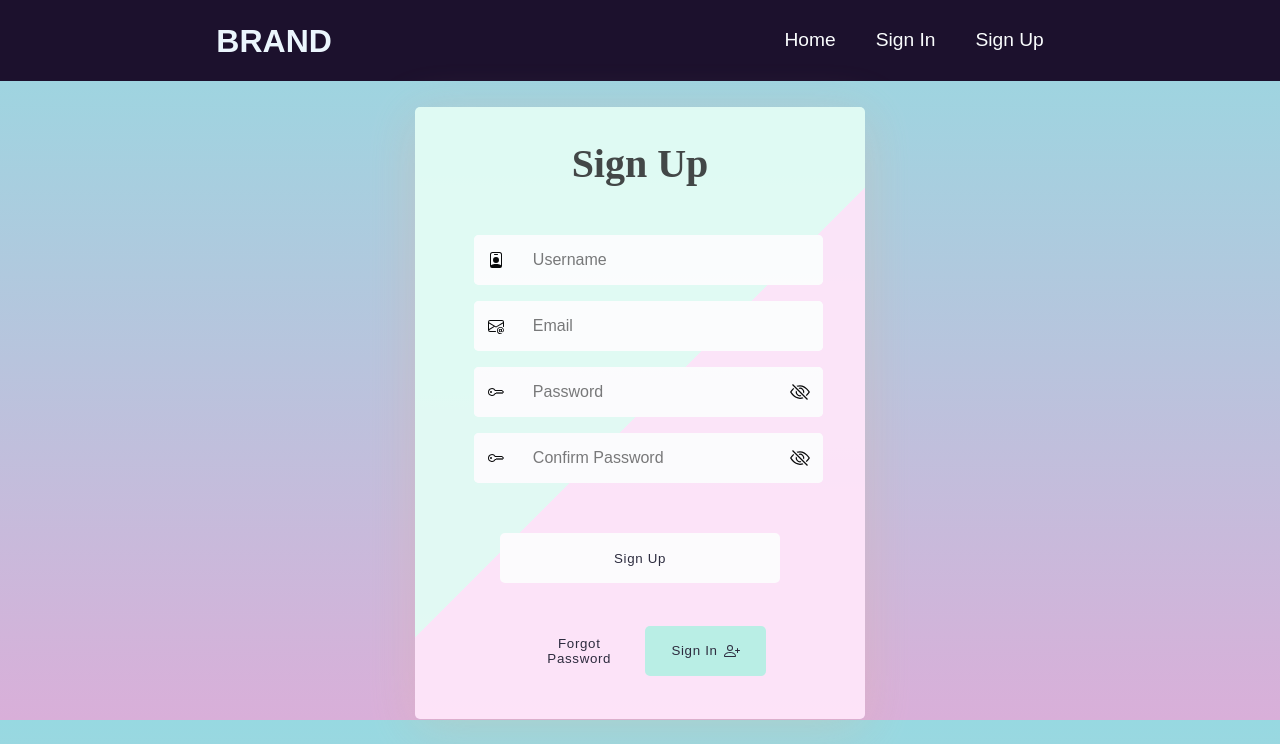
Repository: code-mtaani/ojwang-frontend
Page: /signup
These files come from the project's save history. The page is drawn as it stood at one moment and after the next save; the edit follows.
The browser window is 1280 px wide. The pictures show the whole page.
Backgrounds fixed to the window are drawn as part of the page. The project was rebuilt for these pictures with package versions that can differ from the ones it lists, and the page was loaded fresh each time. Also part of the build but not shown: vite.config.ts, src/Pages/HomePage/Home.pages.tsx, src/Pages/SignIn/SignIn.pages.tsx.

Above is the page before, as saved 2023-02-01 14:08:35.

After the next save:
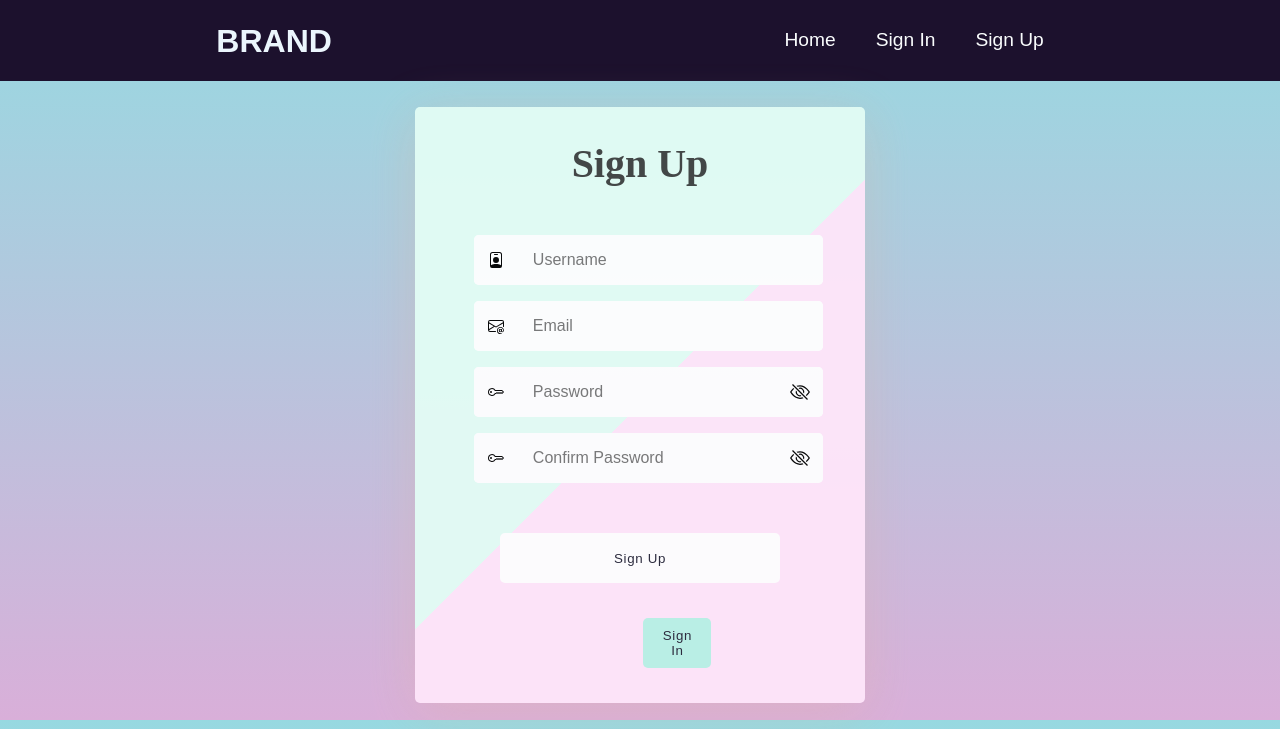
Saved 6 s later.
--- a/src/Pages/SignUp/SignUp.pages.tsx
+++ b/src/Pages/SignUp/SignUp.pages.tsx
@@ -122,7 +122,7 @@
           {/* other buttons */}
           <div className="other">
             {/* Forgot Password button */}
-            <button className="btn submits frgt-pass">Forgot Password</button>
+            <button className="btn submits frgt-pass"></button>
             {/* Sign Up button */}
             <button className="btn submits sign-up">
               Sign In

After the save that followed:
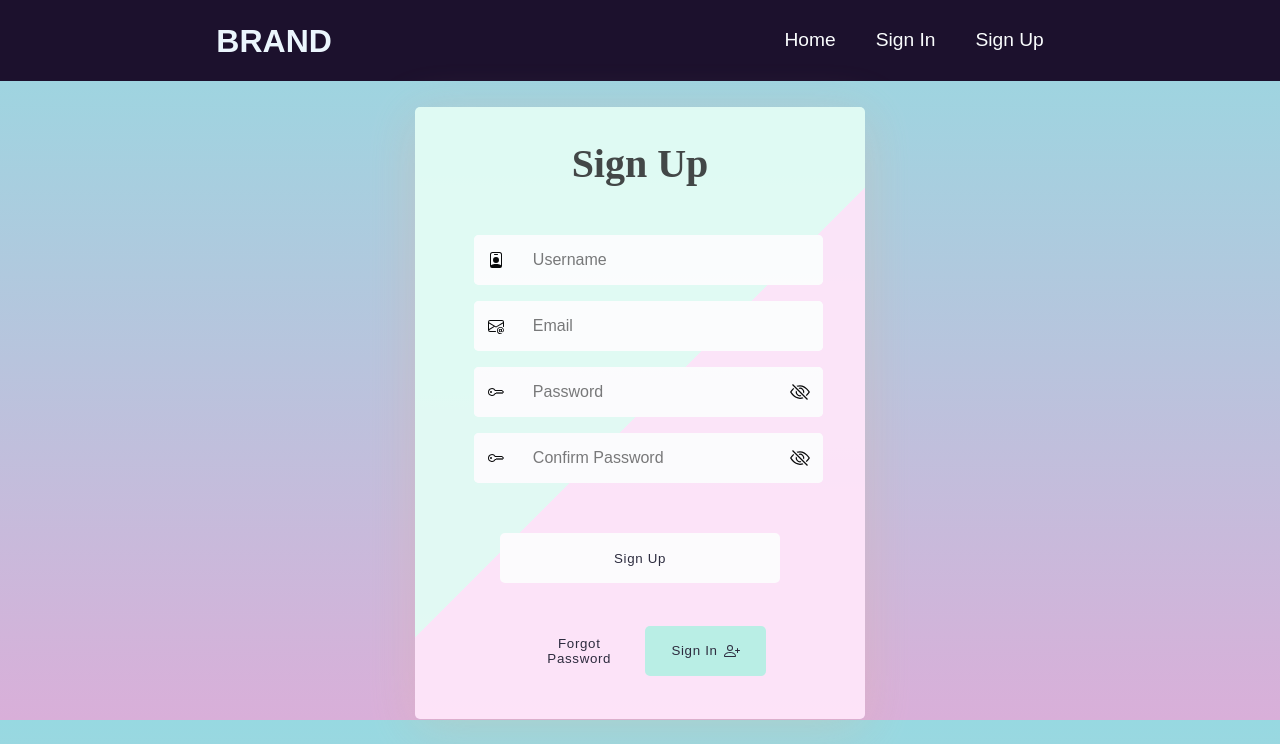
Saved 5 s later.
--- a/src/Pages/SignUp/SignUp.pages.tsx
+++ b/src/Pages/SignUp/SignUp.pages.tsx
@@ -122,7 +122,7 @@
           {/* other buttons */}
           <div className="other">
             {/* Forgot Password button */}
-            <button className="btn submits frgt-pass"></button>
+            <button className="btn submits frgt-pass">Forgot Password</button>
             {/* Sign Up button */}
             <button className="btn submits sign-up">
               Sign In
